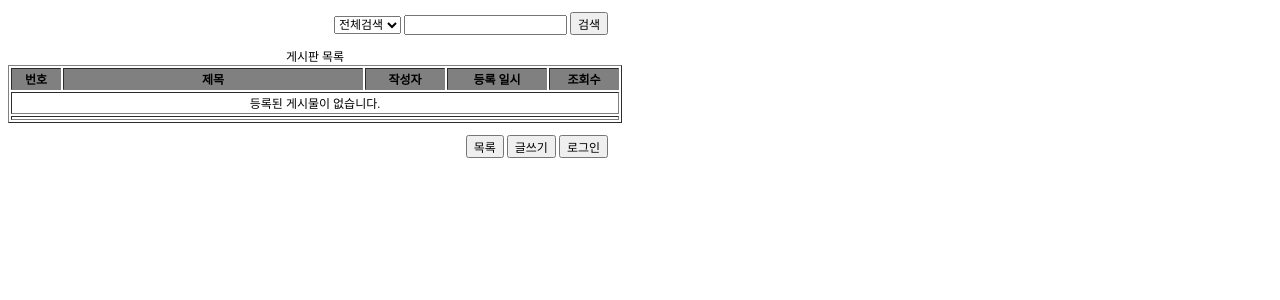
Repository: Pangyo/Study_Web_Basic
Page: http://localhost/BlindHelperServer/board/boardList.jsp
The author's editor kept a copy of each file at every save. The page is drawn from the files as they stood at one save, then again after the next save.
The browser window is 1280 px wide. The pictures show the whole page.
The page is served by Tomcat 9. Other server files are loaded and not shown. Queries for data that is not in the repository find no rows.

Above is the page before, as saved 2015-12-16 11:59:20.

### BlindHelperServer/WebContent/board/boardList.jsp
<%@ page language="java" contentType="text/html; charset=UTF-8" pageEncoding="UTF-8"%>
<%@ page import="java.sql.*" %>
<%
	// 사용할 객체 초기화
	Connection conn = null;
	PreparedStatement pstmt = null;
	ResultSet rs = null;
	int pageNumTemp = 1;
	int listCount = 10;
	int pagePerBlock = 10;
	String whereSQL = "";
	// 파라미터
	String pageNum = request.getParameter("pageNum");
	String searchType = request.getParameter("searchType");
	String searchText = request.getParameter("searchText");
	// 파라미터 초기화
	if (searchText == null) {
		searchType = "";
		searchText = "";
	}
	if (pageNum != null) {
		pageNumTemp = Integer.parseInt(pageNum);
	}
	// 한글파라미터 처리
	String searchTextUTF8 = new String(searchText.getBytes("ISO-8859-1"), "UTF-8");
	// 데이터베이스 커넥션 및 질의문 실행
	// 검색어 쿼리문 생성
	if (!"".equals(searchText)) {
		if ("ALL".equals(searchType)) {
			whereSQL = " WHERE SUBJECT LIKE CONCAT('%',?,'%') OR WRITER LIKE CONCAT('%',?,'%') OR CONTENTS LIKE CONCAT('%',?,'%') ";
		} else if ("SUBJECT".equals(searchType)) {
			whereSQL = " WHERE SUBJECT LIKE CONCAT('%',?,'%') ";
		} else if ("WRITER".equals(searchType)) {
			whereSQL = " WHERE WRITER LIKE CONCAT('%',?,'%') ";
		} else if ("CONTENTS".equals(searchType)) {
			whereSQL = " WHERE CONTENTS LIKE CONCAT('%',?,'%') ";
		}
	}
	try {
		Class.forName("com.mysql.jdbc.Driver");
		conn = DriverManager.getConnection(
				//"jdbc:mysql://127.0.0.1:3306/blindhelperdb", "root", "1234");
				"jdbc:mysql://dxline1.cmlwnkhzvew3.us-west-2.rds.amazonaws.com:3306/dxlinedb", "lyu", "dladusdnr");
		// 게시물의 총 수를 얻는 쿼리 실행
		pstmt = conn.prepareStatement("SELECT COUNT(NUM) AS TOTAL FROM BOARD" + whereSQL);
		if (!"".equals(whereSQL)) {
			if ("ALL".equals(searchType)) {
				pstmt.setString(1, searchTextUTF8);
				pstmt.setString(2, searchTextUTF8);
				pstmt.setString(3, searchTextUTF8);
			} else {
				pstmt.setString(1, searchTextUTF8);
			}
		}
		rs = pstmt.executeQuery();
		rs.next();
		int totalCount = rs.getInt("TOTAL");
		// 게시물 목록을 얻는 쿼리 실행
		pstmt = conn.prepareStatement("SELECT NUM, SUBJECT, WRITER, REG_DATE, HIT FROM BOARD "+whereSQL+" ORDER BY NUM DESC LIMIT ?, ?");
		if (!"".equals(whereSQL)) {
			// 전체검색일시
			if ("ALL".equals(searchType)) {
				pstmt.setString(1, searchTextUTF8);
				pstmt.setString(2, searchTextUTF8);
				pstmt.setString(3, searchTextUTF8);
				pstmt.setInt(4, listCount * (pageNumTemp-1));
				pstmt.setInt(5, listCount);
			} else {
				pstmt.setString(1, searchTextUTF8);
				pstmt.setInt(2, listCount * (pageNumTemp-1));
				pstmt.setInt(3, listCount);
			}
		} else {
			pstmt.setInt(1, listCount * (pageNumTemp-1));
			pstmt.setInt(2, listCount);
		}
		rs = pstmt.executeQuery();
%>
<!DOCTYPE html PUBLIC "-//W3C//DTD XHTML 1.0 Transitional//EN" "http://www.w3.org/TR/xhtml1/DTD/xhtml1-transitional.dtd">
<html xmlns="http://www.w3.org/1999/xhtml">
<head>
<meta http-equiv="Content-Type" content="text/html; charset=UTF-8"></meta>
<title>게시판 목록</title>
<style type="text/css">
	* {font-size: 9pt;}
	p {width: 600px; text-align: right;}
	table thead tr th {background-color: gray;}
</style>
<script type="text/javascript">
	function goUrl(url) {
		location.href=url;
	}
	// 검색 폼 체크
	function searchCheck() {
		var form = document.searchForm;
		if (form.searchText.value == '') {
			alert('검색어를 입력하세요.');
			form.searchText.focus();
			return false;
		}
		return true;
	}
</script>
</head>
<body>
	<form name="searchForm" action="boardList.jsp" method="get" onsubmit="return searchCheck();" >
	<p>
		<select name="searchType">
			<option value="ALL" selected="selected">전체검색</option>
			<option value="SUBJECT" <%if ("SUBJECT".equals(searchType)) out.print("selected=\"selected\""); %>>제목</option>
			<option value="WRITER" <%if ("WRITER".equals(searchType)) out.print("selected=\"selected\""); %>>작성자</option>
			<option value="CONTENTS" <%if ("CONTENTS".equals(searchType)) out.print("selected=\"selected\""); %>>내용</option>
		</select>
		<input type="text" name="searchText" value="<%=searchTextUTF8%>" />
		<input type="submit" value="검색" />
	</p>
	</form>
	<table border="1" summary="게시판 목록">
		<caption>게시판 목록</caption>
		<colgroup>
			<col width="50" />
			<col width="300" />
			<col width="80" />
			<col width="100" />
			<col width="70" />
		</colgroup>
		<thead>
			<tr>
				<th>번호</th>
				<th>제목</th>
				<th>작성자</th>
				<th>등록 일시</th>
				<th>조회수</th>
			</tr>
		</thead>
		<tbody>
			<%
			if (totalCount == 0) {
			%>
			<tr>
				<td align="center" colspan="5">등록된 게시물이 없습니다.</td>
			</tr>
			<%
			} else {
				int i = 0;
				while (rs.next()) {
					i++;
			%>
			<tr>
				<td align="center"><%=totalCount - i + 1 - (pageNumTemp - 1) * listCount %></td>
				<td><a href="boardView.jsp?num=<%=rs.getInt("NUM")%>&amp;pageNum=<%=pageNumTemp%>&amp;searchType=<%=searchType%>&amp;searchText=<%=searchText%>"><%=rs.getString("SUBJECT") %></a></td>
				<td align="center"><%=rs.getString("WRITER") %></td>
				<td align="center"><%=rs.getString("REG_DATE").substring(0, 10) %></td>
				<td align="center"><%=rs.getInt("HIT") %></td>
			</tr>
			<%
				}
			}
			%>
		</tbody>
		<tfoot>
			<tr>
				<td align="center" colspan="5">
				<%
				// 페이지 네비게이터
				if(totalCount > 0) {
					int totalNumOfPage = (totalCount % listCount == 0) ?
							totalCount / listCount :
							totalCount / listCount + 1;

					int totalNumOfBlock = (totalNumOfPage % pagePerBlock == 0) ?
							totalNumOfPage / pagePerBlock :
							totalNumOfPage / pagePerBlock + 1;

					int currentBlock = (pageNumTemp % pagePerBlock == 0) ?
							pageNumTemp / pagePerBlock :
							pageNumTemp / pagePerBlock + 1;

					int startPage = (currentBlock - 1) * pagePerBlock + 1;
					int endPage = startPage + pagePerBlock - 1;

					if(endPage > totalNumOfPage)
						endPage = totalNumOfPage;
					boolean isNext = false;
					boolean isPrev = false;
					if(currentBlock < totalNumOfBlock)
						isNext = true;
					if(currentBlock > 1)
						isPrev = true;
					if(totalNumOfBlock == 1){
						isNext = false;
						isPrev = false;
					}
					StringBuffer sb = new StringBuffer();
					if(pageNumTemp > 1){
						sb.append("<a href=\"").append("boardList.jsp?pageNum=1&amp;searchType="+searchType+"&amp;searchText="+searchText);
						sb.append("\" title=\"<<\"><<</a>&nbsp;");
					}
					if (isPrev) {
						int goPrevPage = startPage - pagePerBlock;
						sb.append("&nbsp;&nbsp;<a href=\"").append("boardList.jsp?pageNum="+goPrevPage+"&amp;searchType="+searchType+"&amp;searchText="+searchText);
						sb.append("\" title=\"<\"><</a>");
					} else {

					}
					for (int i = startPage; i <= endPage; i++) {
						if (i == pageNumTemp) {
							sb.append("<a href=\"#\"><strong>").append(i).append("</strong></a>&nbsp;&nbsp;");
						} else {
							sb.append("<a href=\"").append("boardList.jsp?pageNum="+i+"&amp;searchType="+searchType+"&amp;searchText="+searchText);
							sb.append("\" title=\""+i+"\">").append(i).append("</a>&nbsp;&nbsp;");
						}
					}
					if (isNext) {
						int goNextPage = startPage + pagePerBlock;

						sb.append("<a href=\"").append("boardList.jsp?pageNum="+goNextPage+"&amp;searchType="+searchType+"&amp;searchText="+searchText);
						sb.append("\" title=\">\">></a>");
					} else {

					}
					if(totalNumOfPage > pageNumTemp){
						sb.append("&nbsp;&nbsp;<a href=\"").append("boardList.jsp?pageNum="+totalNumOfPage+"&amp;searchType="+searchType+"&amp;searchText="+searchText);
						sb.append("\" title=\">>\">>></a>");
					}
					out.print(sb.toString());
				}
				%>
				</td>
			</tr>
		</tfoot>
	</table>
	<p>
		<input type="button" value="목록" onclick="goUrl('boardList.jsp');" />
		<input type="button" value="글쓰기" onclick="goUrl('boardWriteForm.jsp');" />
		<input type="button" value="로그인" onclick="goUrl('../log/index.jsp');" />
	</p>
</body>
</html>
<%
	} catch (Exception e) {
		e.printStackTrace();
	} finally {
		if (rs != null) rs.close();
		if (pstmt != null) pstmt.close();
		if (conn != null) conn.close();
	}
%>

After the next save:
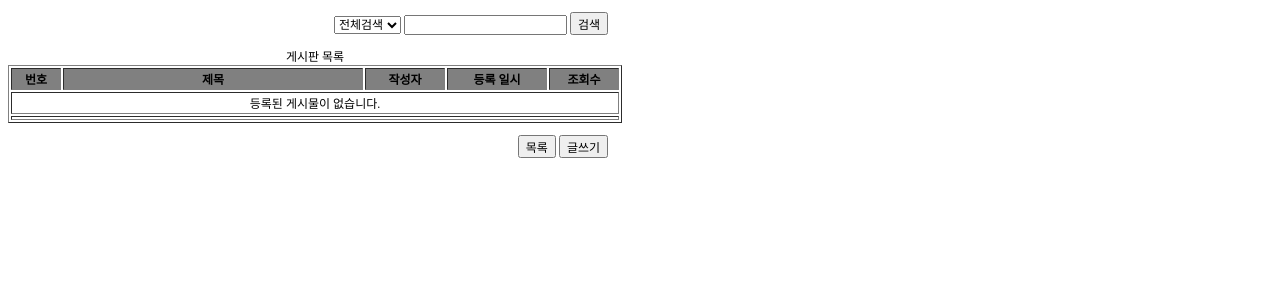
Saved 2 min 55 s later.
--- a/BlindHelperServer/WebContent/board/boardList.jsp
+++ b/BlindHelperServer/WebContent/board/boardList.jsp
@@ -233,7 +233,6 @@
 	<p>
 		<input type="button" value="목록" onclick="goUrl('boardList.jsp');" />
 		<input type="button" value="글쓰기" onclick="goUrl('boardWriteForm.jsp');" />
-		<input type="button" value="로그인" onclick="goUrl('../log/index.jsp');" />
 	</p>
 </body>
 </html>
